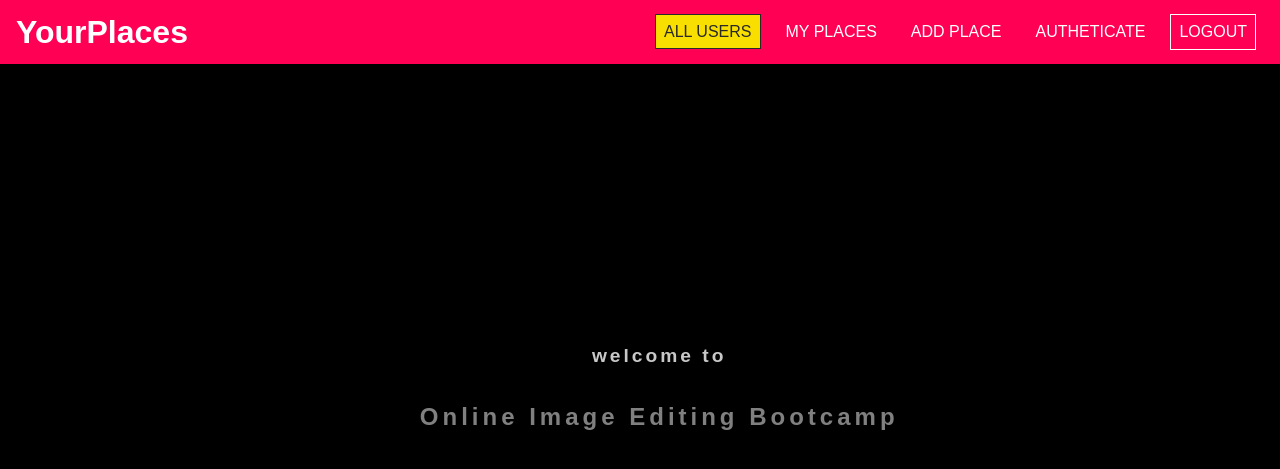
Repository: TanviSanyal/ImageEditingBootcamp
Page: /
The author's editor kept a copy of each file at every save. The page is drawn from the files as they stood at one save, then again after the next save.
The browser window is 1280 px wide. The pictures show the whole page.
The project was rebuilt for these pictures with package versions that can differ from the ones it lists, and the page was loaded fresh each time. Also part of the build but not shown: src/shared/components/navigation/SideDrawer.css, src/shared/components/UIElements/Backdrop.css, src/shared/components/UIElements/Backdrop.js.

Above is the page before, as saved 2020-09-26 23:07:28.

After the next save:
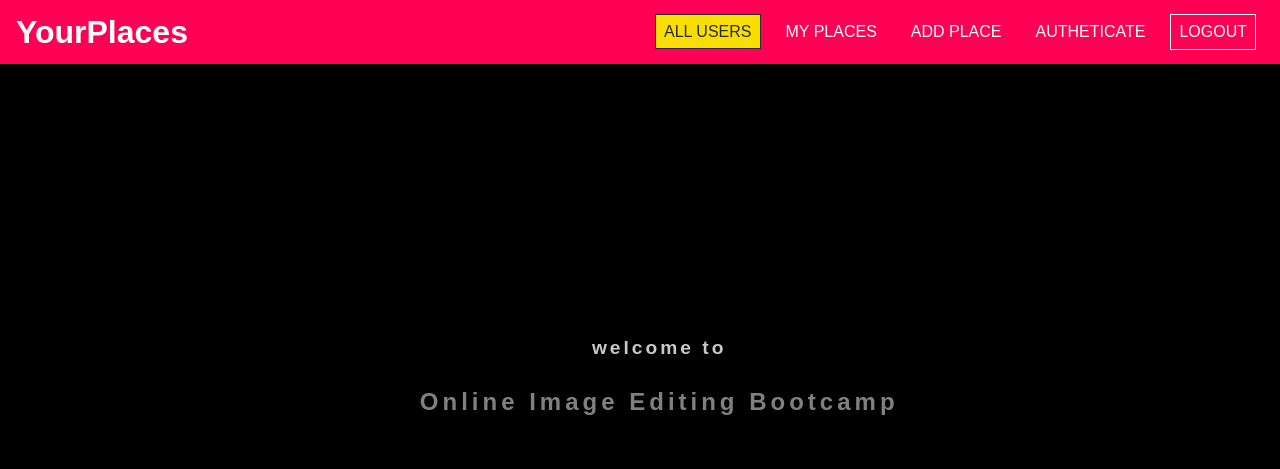
Saved 14 s later.
--- a/src/App.css
+++ b/src/App.css
@@ -15,7 +15,7 @@
   letter-spacing: 3PX;
   font-weight: 700;
 }
-p{
+.text2{
   color: grey;
   font-size: 150%;
   letter-spacing: 4PX;
